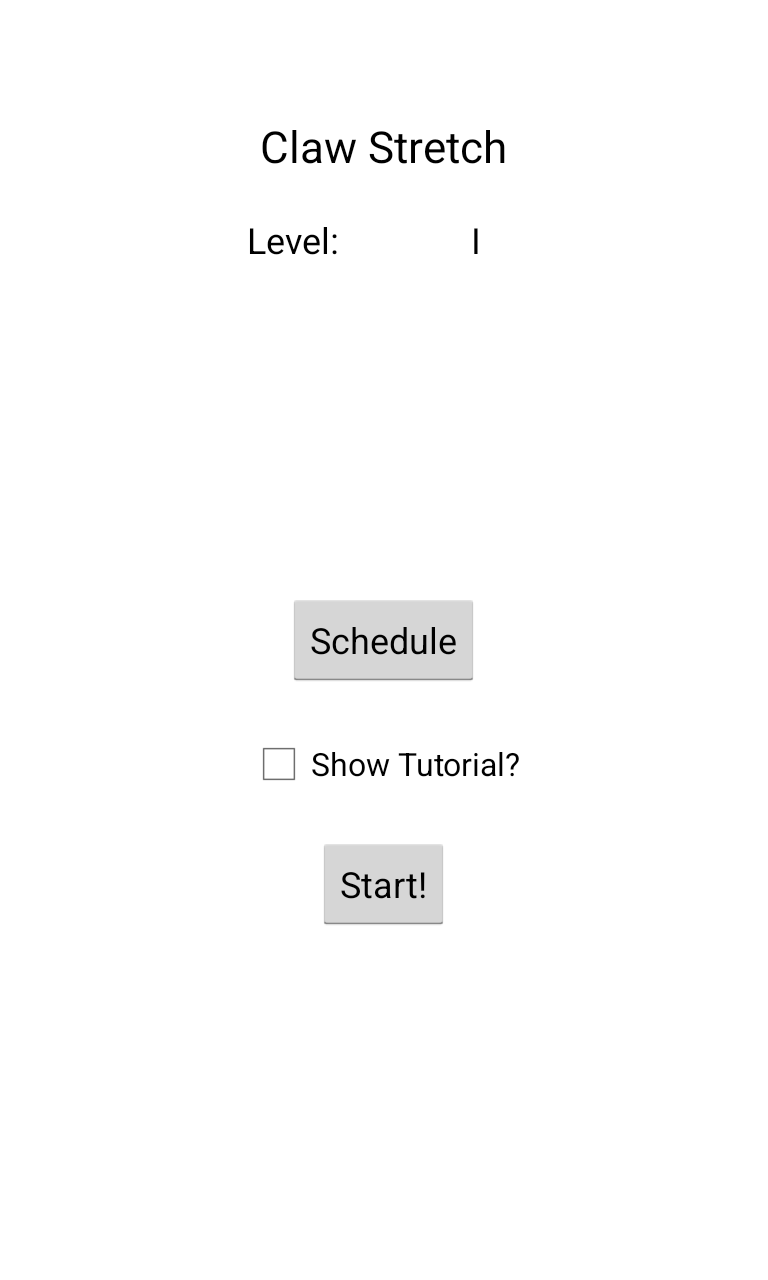
Repository: zi-yang-zhang/ECSE424-Group8
Layout: Hi Fi Prototype/ReHand/ReHand/res/layout/activity_finger_grip_page.xml
An editor plug-in stored every save of this project. The layout is shown before and after the next save, followed by the edit.
It is drawn on a 768 x 1280 px phone screen (xhdpi) without system bars, with theme AppTheme; the app's code is not run.

Above is the layout before, as saved 2014-02-18 05:08:21.

### Hi Fi Prototype/ReHand/ReHand/res/layout/activity_finger_grip_page.xml
<RelativeLayout xmlns:android="http://schemas.android.com/apk/res/android"
    xmlns:tools="http://schemas.android.com/tools"
    android:layout_width="match_parent"
    android:layout_height="match_parent"
    android:paddingBottom="@dimen/activity_vertical_margin"
    android:paddingLeft="@dimen/activity_horizontal_margin"
    android:paddingRight="@dimen/activity_horizontal_margin"
    android:paddingTop="@dimen/activity_vertical_margin"
    tools:context=".ClawStretchPage" >

    <TextView
        android:id="@+id/textView1"
        android:layout_width="wrap_content"
        android:layout_height="wrap_content"
        android:layout_alignParentTop="true"
        android:layout_centerHorizontal="true"
        android:layout_marginTop="42dp"
        android:text="@string/exercise_botton_text_claw_stretch"
        android:textAppearance="?android:attr/textAppearanceLarge" />

    <TextView
        android:id="@+id/textView3"
        android:layout_width="wrap_content"
        android:layout_height="wrap_content"
        android:layout_alignBottom="@+id/textView2"
        android:layout_alignRight="@+id/button1"
        android:text="@string/claw_stretch_level"
        android:textAppearance="?android:attr/textAppearanceMedium" />

    <Button
        android:id="@+id/button1"
        android:layout_width="wrap_content"
        android:layout_height="wrap_content"
        android:layout_centerHorizontal="true"
        android:layout_centerVertical="true"
        android:text="@string/exercise_botton_schedule" />

    <CheckBox
        android:id="@+id/claw_stretch_tutorial"
        android:layout_width="wrap_content"
        android:layout_height="wrap_content"
        android:layout_below="@+id/button1"
        android:layout_centerHorizontal="true"
        android:layout_marginTop="22dp"
        android:text="@string/exercise_tutorial_check_box" />

    <TextView
        android:id="@+id/textView2"
        android:layout_width="wrap_content"
        android:layout_height="wrap_content"
        android:layout_alignLeft="@+id/claw_stretch_tutorial"
        android:layout_below="@+id/textView1"
        android:layout_marginTop="20dp"
        android:text="@string/exercise_level_text"
        android:textAppearance="?android:attr/textAppearanceMedium" />

    <Button
        android:id="@+id/button2"
        android:layout_width="wrap_content"
        android:layout_height="wrap_content"
        android:layout_below="@+id/claw_stretch_tutorial"
        android:layout_centerHorizontal="true"
        android:layout_marginTop="20dp"
        android:text="@string/exercise_start_botton_text"
        android:onClick="goToExercisePage"/>

</RelativeLayout>

### Hi Fi Prototype/ReHand/ReHand/res/values/strings.xml
<?xml version="1.0" encoding="utf-8"?>
<resources>

    <string name="app_name">ReHand</string>
    <string name="action_settings">Settings</string>
    <string name="hello_world">Hello world!</string>
    <string name="greeting_words">Welcome To ReHand</string>
    <string name="touch_screen_instructions">Tap on either botton to continue</string>
    <string name="sign_up">Sign Up now!</string>
    <string name="log_in">Log In!</string>
    <string name="title_activity_home_page">HomePage</string>
    <string name="greeting_home_page">Welcome Back!</string>
    <string name="exercises">Exercises</string>
    <string name="schedule">Schedule</string>
    <string name="title_activity_exercise_list_page">ExerciseListPage</string>
    <string name="title_activity_schedule_page">SchedulePage</string>
    <string name="exercise_botton_text_claw_stretch">Claw Stretch</string>
    <string name="title_activity_claw_stretch_page">ClawStretchPage</string>
    <string name="exercise_level_text">"Level: "</string>
    <string name="claw_stretch_level">I</string>
    <string name="exercise_botton_schedule">Schedule</string>
    <string name="exercise_tutorial_check_box">Show Tutorial?</string>
    <string name="exercise_start_botton_text">Start!</string>
    <string name="title_activity_claw_stretch_exercise">ClawStretchExercise</string>
    <string name="test_end_game">End Game</string>
    <string name="title_activity_claw_stretch_tutorial_page">ClawStretchTutorialPage</string>
    <string name="title_activity_claw_stretch_result">ClawStretchResult</string>
    <string name="exercise_text_arm_rotation">Arm Rotation</string>
    <string name="excercise_text_elbow_extension">Elbow Extension</string>
    <string name="arm_rotation_level">I</string>
    <string name="elbow_extension_level">I</string>
    <string name="exercise_text_finger_grip">Finger Grip</string>
    <string name="finger_grip_level">I</string>

</resources>

Loaded but not shown: Hi Fi Prototype/ReHand/ReHand/res/values/styles.xml (common file); Hi Fi Prototype/ReHand/ReHand/res/values-v11/styles.xml (common file); Hi Fi Prototype/ReHand/ReHand/res/values-v14/styles.xml (common file); Hi Fi Prototype/ReHand/ReHand/res/values/dimens.xml (common file)

After the next save:
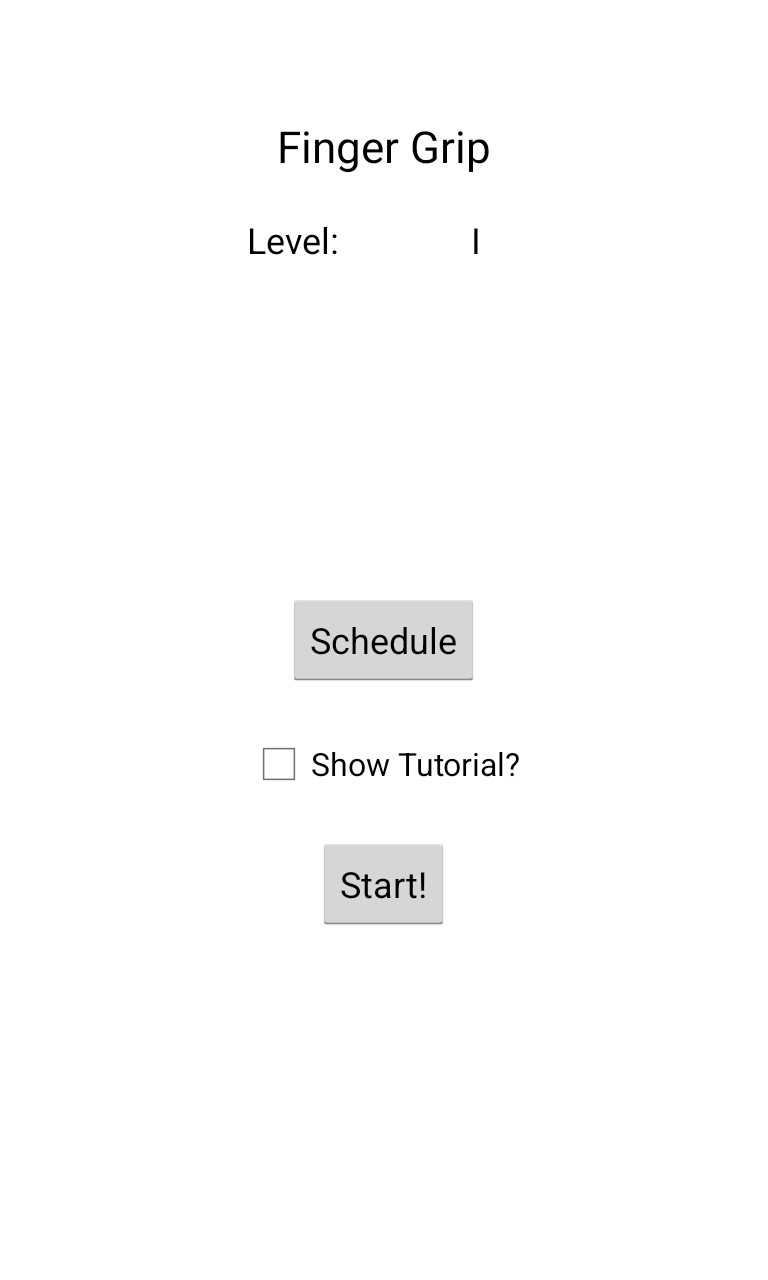
Saved 3 s later.
--- a/Hi Fi Prototype/ReHand/ReHand/res/layout/activity_finger_grip_page.xml
+++ b/Hi Fi Prototype/ReHand/ReHand/res/layout/activity_finger_grip_page.xml
@@ -15,7 +15,7 @@
         android:layout_alignParentTop="true"
         android:layout_centerHorizontal="true"
         android:layout_marginTop="42dp"
-        android:text="@string/exercise_botton_text_claw_stretch"
+        android:text="@string/exercise_text_finger_grip"
         android:textAppearance="?android:attr/textAppearanceLarge" />
 
     <TextView
@@ -24,7 +24,7 @@
         android:layout_height="wrap_content"
         android:layout_alignBottom="@+id/textView2"
         android:layout_alignRight="@+id/button1"
-        android:text="@string/claw_stretch_level"
+        android:text="@string/finger_grip_level"
         android:textAppearance="?android:attr/textAppearanceMedium" />
 
     <Button
